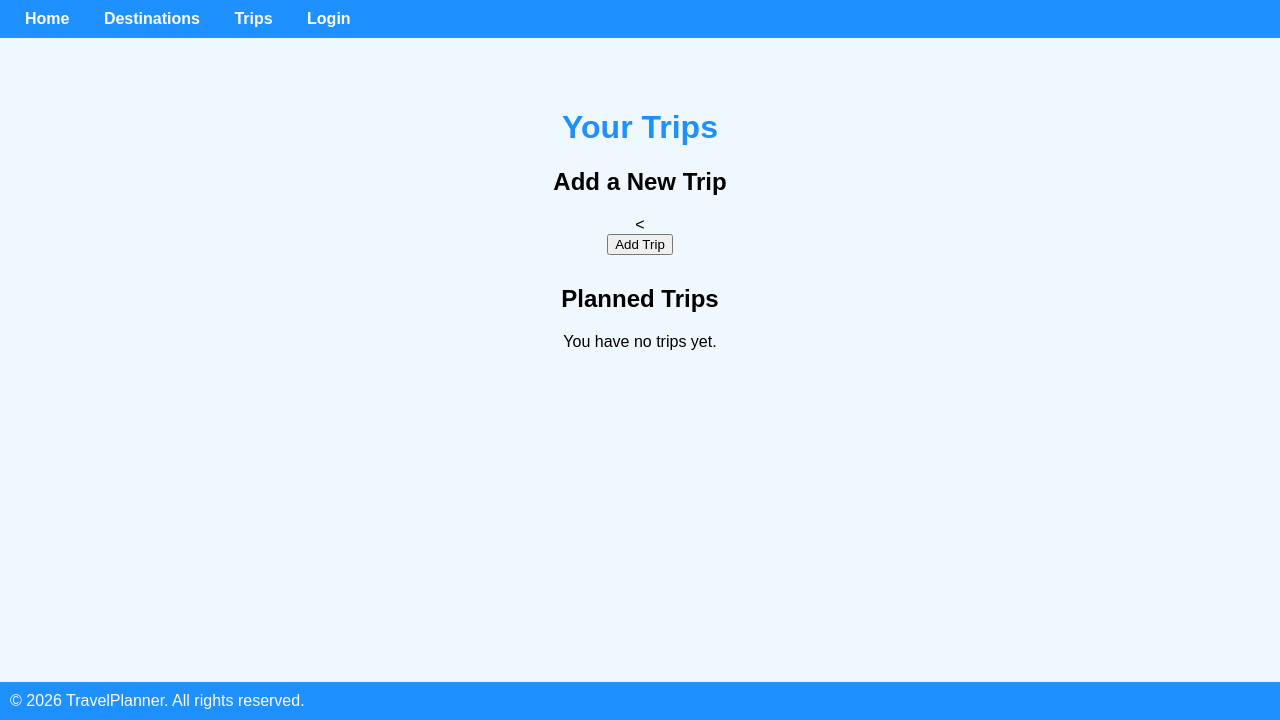
Repository: OCEANIC7/GROUP9
Page: travelplanner/planner/templates/planner/trips.html
An editor plug-in stored every save of this project. The page is shown before and after a run of saves, followed by the edit.
The browser window is 1280 px wide. The pictures show the whole page.
The template is drawn by Django 5.2. The application's start-up code is not run. Other server files are loaded and not shown. The template is opened directly, without the code that normally fills it, so the values that code supplies are empty.

Above is the page before, as saved 2026-02-03 02:39:06.

### travelplanner/planner/templates/planner/trips.html
{% extends 'planner/base.html' %}

{% block title %}Trips - TravelPlanner{% endblock %}

{% block content %}
<h1>Your Trips</h1>

<h2>Add a New Trip</h2>
<
<form method="POST" style="margin-bottom:30px;">
    {% csrf_token %}
    {{ form.as_p }}
    <button type="submit" class="button">Add Trip</button>
</form>

<h2>Planned Trips</h2>

{% if trips %}
<div class="card-container">
    {% for trip in trips %}
    <div class="trip-card">
        <h3>📍 {{ trip.destination.name }}</h3>

        <div class="trip-dates">
            🗓 {{ trip.start_date|date:"M d, Y" }}
            →
            {{ trip.end_date|date:"M d, Y" }}
        </div>

        {% if trip.notes %}
        <p>📝 {{ trip.notes|truncatewords:15 }}</p>
        {% endif %}

        <div class="trip-actions">
            <a href="{% url 'edit_trip' trip.id %}" class="edit">✏️ Edit</a>
            <a href="{% url 'delete_trip' trip.id %}" class="delete">🗑️ Delete</a>
        </div>
    </div>
    {% endfor %}
</div>
{% else %}
<p>You have no trips yet.</p>
{% endif %}

</div>
{% endblock %}

### travelplanner/planner/templates/planner/base.html
<!DOCTYPE html>
<html lang="en">
<head>
    <meta charset="UTF-8">
    <meta name="viewport" content="width=device-width, initial-scale=1.0">
    <title>{% block title %}TravelPlanner{% endblock %}</title>
    <style>
        body { font-family: Arial, sans-serif; background-color: #f0f8ff; margin: 0; padding: 0; }
        nav { background-color: #1e90ff; padding: 10px; }
        nav a { color: #fff; text-decoration: none; margin: 0 15px; font-weight: bold; }
        nav a:hover { color: #ffd700; }
        .container { padding: 50px; text-align: center; }
        h1 { color: #1e90ff; }
        footer { background-color: #1e90ff; color: #fff; padding: 10px; position: fixed; bottom: 0; width: 100%; }
        a.button { text-decoration: none; color: #fff; background-color: #1e90ff; padding: 10px 20px; border-radius: 5px; }
        a.button:hover { background-color: #104e8b; }

        .card-container {
    display: flex;
    flex-wrap: wrap;
    gap: 20px;
    justify-content: center;
}

.trip-card {
    background: white;
    width: 280px;
    padding: 20px;
    border-radius: 12px;
    box-shadow: 0 4px 8px rgba(0,0,0,0.1);
    text-align: left;
}

.trip-card h3 {
    margin-top: 0;
    color: #1e90ff;
}

.trip-dates {
    font-size: 14px;
    color: #555;
    margin-bottom: 10px;
}

.trip-actions a {
    margin-right: 10px;
    text-decoration: none;
    font-weight: bold;
}

.trip-actions a.edit {
    color: green;
}

.trip-actions a.delete {
    color: red;
}

    </style>
</head>
<body>
    <nav>
        <a href="{% url 'home' %}">Home</a>
        <a href="{% url 'destinations' %}">Destinations</a>
        <a href="{% url 'trips' %}">Trips</a>
        <a href="{% url 'login' %}">Login</a>
    </nav>
    <div class="container">
        {% block content %}{% endblock %}
    </div>
    <footer>
        &copy; 2026 TravelPlanner. All rights reserved.
    </footer>
</body>
</html>

After the next 4 saves:
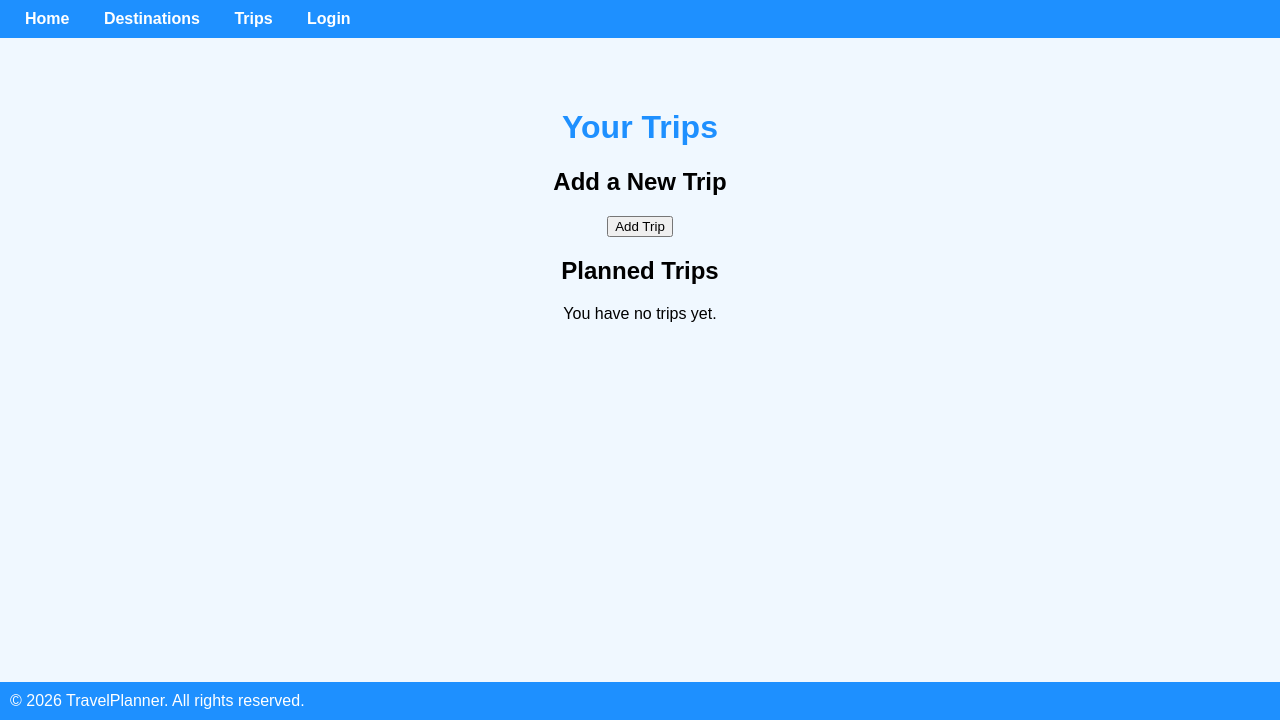
The 4 saves are shown as one change because they came seconds apart.
The last was saved 9 s later.
--- a/travelplanner/planner/templates/planner/trips.html
+++ b/travelplanner/planner/templates/planner/trips.html
@@ -6,7 +6,7 @@
 <h1>Your Trips</h1>
 
 <h2>Add a New Trip</h2>
-<
+<div cl
 <form method="POST" style="margin-bottom:30px;">
     {% csrf_token %}
     {{ form.as_p }}
